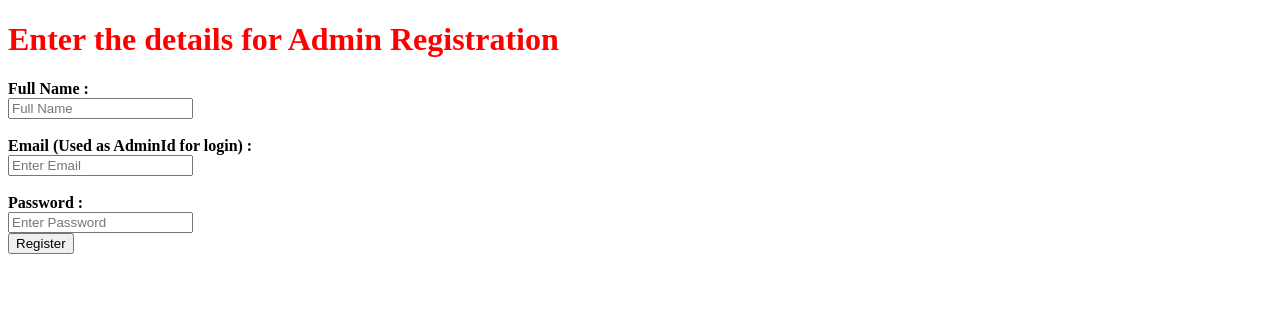
Repository: Shivani2392/FlyAwayProject
Page: http://localhost/FlightBookingPortal/AdminRegistrationPage.jsp
An editor plug-in stored every save of this project. The page is shown before and after the next save, followed by the edit.
The browser window is 1280 px wide. The pictures show the whole page.
The page is served by Tomcat 9. Other server files are loaded and not shown.

Above is the page before, as saved 2020-11-22 06:24:38.

### FlightBookingPortal/src/main/webapp/AdminRegistrationPage.jsp
<%@ page language="java" contentType="text/html; charset=ISO-8859-1"
    pageEncoding="ISO-8859-1"%>
<!DOCTYPE html>
<html>
<head>
<meta charset="ISO-8859-1">
<title>Insert title here</title>
</head>
<body>

<h1 style="color:red;">Enter the details for Admin Registration</h1>
   <form action="AdminRegistrationServlet" method="post" >
      <label for="adminname"><b>Full Name : </b></label><br>
      <input type="text" placeholder="Full Name" name="adminname" required>
      <br><br>
      <label for="mail"><b>Email (Used as AdminId for login) : 	</b></label><br>
      <input type="email" placeholder="Enter Email" name="mail" required>
      <br><br>
      <label for="psw"><b>Password : 	</b></label><br>
      <input type="password" placeholder="Enter Password" name="psw" required><br>
      <button type="submit">Register</button>
      <br><br>
</body>
</html>

After the next save:
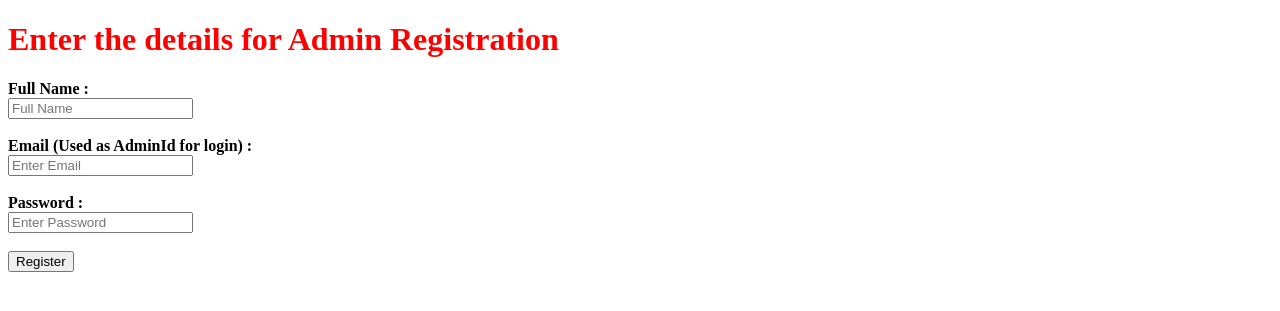
Saved 11 s later.
--- a/FlightBookingPortal/src/main/webapp/AdminRegistrationPage.jsp
+++ b/FlightBookingPortal/src/main/webapp/AdminRegistrationPage.jsp
@@ -17,7 +17,7 @@
       <input type="email" placeholder="Enter Email" name="mail" required>
       <br><br>
       <label for="psw"><b>Password : 	</b></label><br>
-      <input type="password" placeholder="Enter Password" name="psw" required><br>
+      <input type="password" placeholder="Enter Password" name="psw" required><br><br>
       <button type="submit">Register</button>
       <br><br>
 </body>
